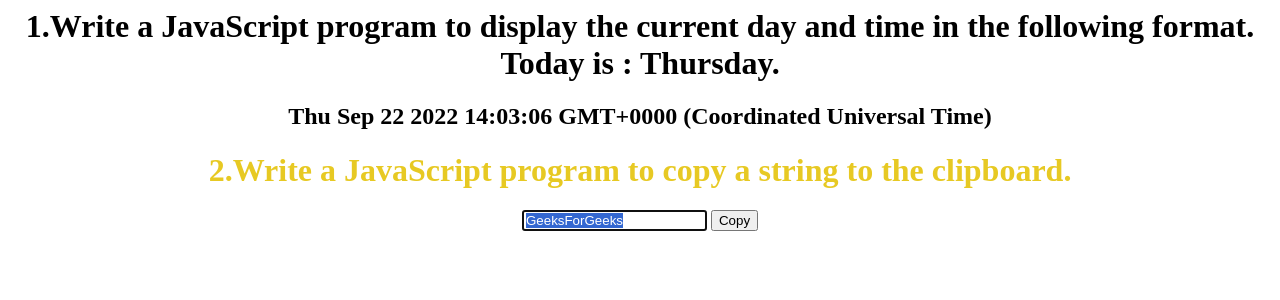
Repository: HoangDuy315/web-dev2022
Page: hw151022/ex1/ex1.html
An editor plug-in stored every save of this project. The page is shown before and after the next save, followed by the edit.
The browser window is 1280 px wide. The pictures show the whole page.
After loading, the first visible `button` was clicked once.

Above is the page before, as saved 2022-10-15 12:17:44.

### hw151022/ex1/ex1.html
<!--JavaScript to display current Date and Time.-->

<html>
  <head>
    <title>JavaScript to display current Date and Time.</title>
  </head>

  <script type="text/javascript">
    function getCurrentDate() {
      var curDate = new Date();

      document.getElementById("showDate").innerHTML = curDate.toString();
    }
  </script>

  <body onLoad="getCurrentDate()" style="text-align: center">
    <h1>
      1.Write a JavaScript program to display the current day and time in the
      following format. Today is : Thursday.
    </h1>

    <!--Here date and time will display-->

    <h2 id="showDate"></h2>
    <script src="./ex1.js"></script>
  </body>

  <!-- 2 -->
  <body style="text-align: center">
    <h1 style="color: rgb(231, 201, 35)">
      2.Write a JavaScript program to copy a string to the clipboard.
    </h1>
    <input type="text" value="GeeksForGeeks" id="GfGInput" />
    <button onclick="GeeksForGeeks()">Copy</button>
    <script src="./ex1.js"></script>
  </body>
</html>

### hw151022/ex1/ex1.js
// 2

function GeeksForGeeks() {
  var copyGfGText = document.getElementById("GfGInput");
  copyGfGText.select();
  document.execCommand("copy");
  alert("Copied the text: " + copyGfGText.value);
}

After the next save:
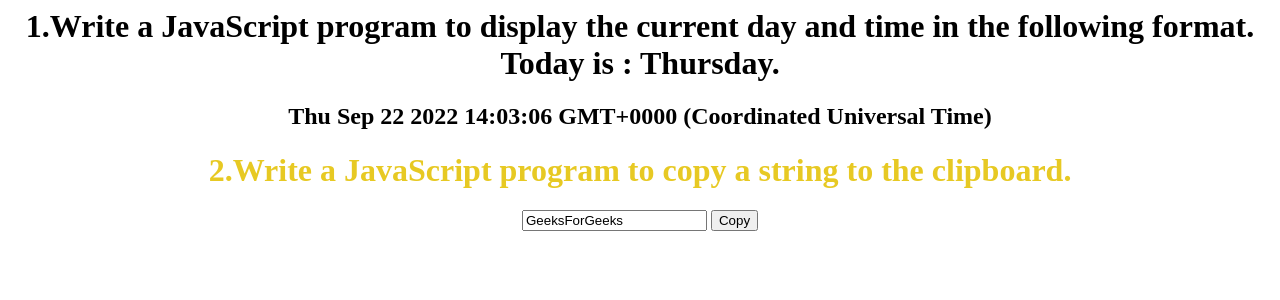
Console error: ReferenceError: GeeksForGeeks is not defined
Saved 28 s later.
--- a/hw151022/ex1/ex1.js
+++ b/hw151022/ex1/ex1.js
@@ -1,8 +1,8 @@
 // 2
 
-function GeeksForGeeks() {
-  var copyGfGText = document.getElementById("GfGInput");
-  copyGfGText.select();
+function cau2() {
+  var cp2 = document.getElementById("GfGInput");
+  cp2.select();
   document.execCommand("copy");
-  alert("Copied the text: " + copyGfGText.value);
+  alert("Copied the text: " + cp2.value);
 }
